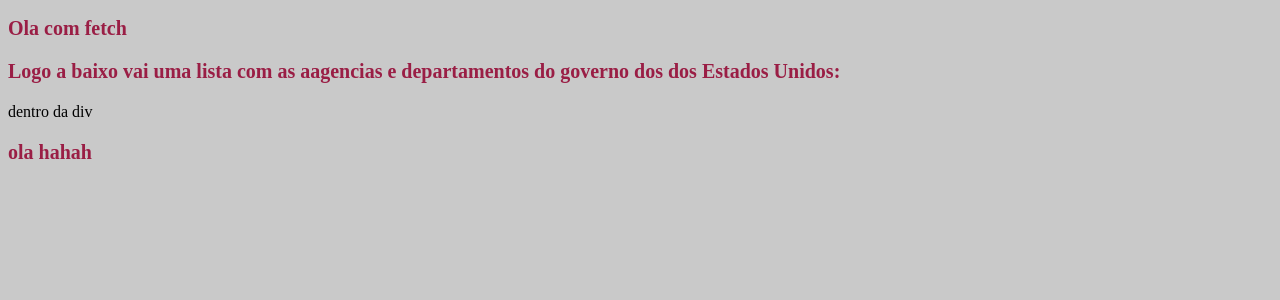
Repository: gustavo-eng/usaJobs
Page: index.html
These files come from the project's save history. The page is drawn as it stood at one moment and after the next save; the edit follows.
The browser window is 1280 px wide. The pictures show the whole page.
The page's requests for data from a server got no answer.

Above is the page before, as saved 2023-01-08 16:35:28.

### index.html
<!DOCTYPE html>
<html lang="en">
<head>
    <meta charset="UTF-8">
    <meta http-equiv="X-UA-Compatible" content="IE=edge">
    <meta name="viewport" content="width=device-width, initial-scale=1.0">
    <link rel="stylesheet" href="./index.css">
    <title>FrontEnd</title>
</head>
<body>
    <h2>Ola com fetch</h2>
    <p>Logo a baixo vai uma lista com as aagencias e departamentos do governo dos
        dos Estados Unidos:
    </p>
    <div>

    </div>
    <script>
        document.querySelector('div').innerHTML = 'dentro da div '
        const paragrafo = document.createElement("p")
        paragrafo.innerText = 'ola hahah'
        document.body.appendChild(paragrafo)
        fetch('https://data.usajobs.gov/api/codelist/agencysubelements')
            .then(res => res.json())
            .then((dados) =>  {
                const a = dados.CodeList[0].ValidValue
                return console.log(dados.CodeList[0].ValidValue)
            })


        // let saida = ' '
        // a.map((job) => {
        //     return
        // })










    </script>
</body>
</html>

### index.css
h2, p  {
    color: rgb(154, 30, 69);
    font-weight: 900;
    font-size: 20px;
}

body {
    background-color: rgb(201, 201, 201);
}

After the next save:
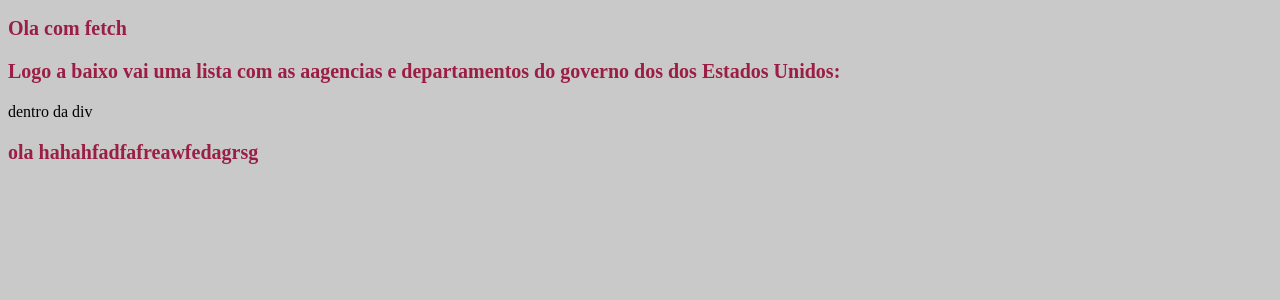
Saved 8 s later.
--- a/index.html
+++ b/index.html
@@ -18,7 +18,7 @@
     <script>
         document.querySelector('div').innerHTML = 'dentro da div '
         const paragrafo = document.createElement("p")
-        paragrafo.innerText = 'ola hahah'
+        paragrafo.innerText = 'ola hahahfadfafreawfedagrsg'
         document.body.appendChild(paragrafo)
         fetch('https://data.usajobs.gov/api/codelist/agencysubelements')
             .then(res => res.json())
